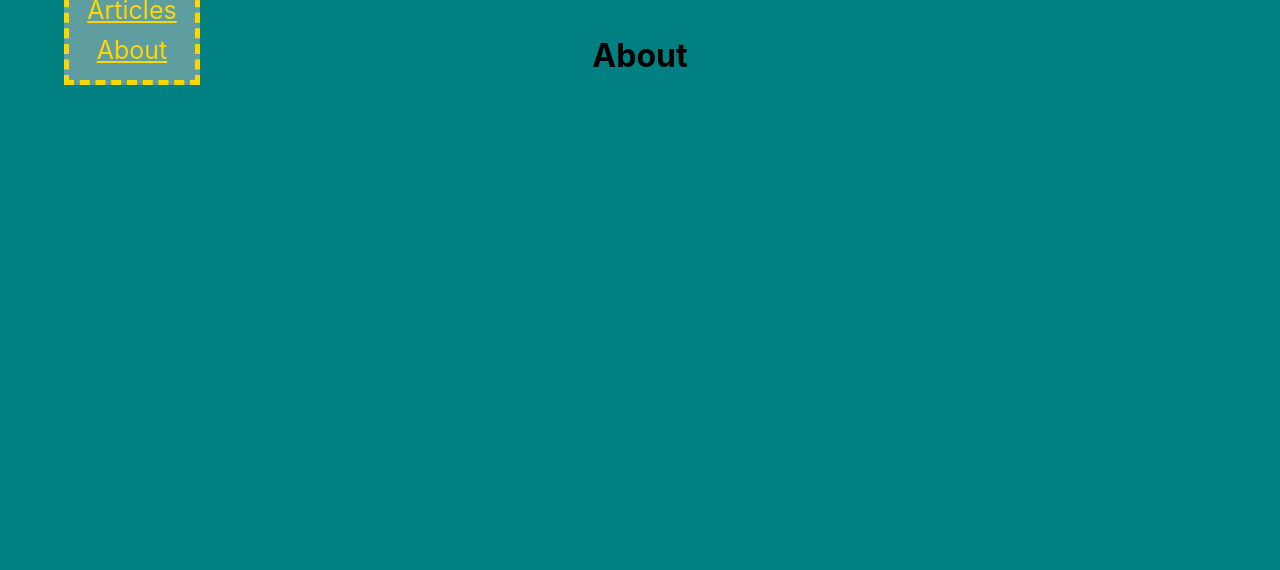
Repository: zeidalidiez/portfolioreact
Page: /About
The author's editor kept a copy of each file at every save. The page is drawn from the files as they stood at one save, then again after the next save.
The browser window is 1280 px wide. The pictures show the whole page.
The project was rebuilt for these pictures with package versions that can differ from the ones it lists, and the page was loaded fresh each time. Also part of the build but not shown: src/components/Thumbnail.js, src/components/Projects.js, src/components/Articles.js.

Above is the page before, as saved 2021-02-08 17:45:46.

After the next save:
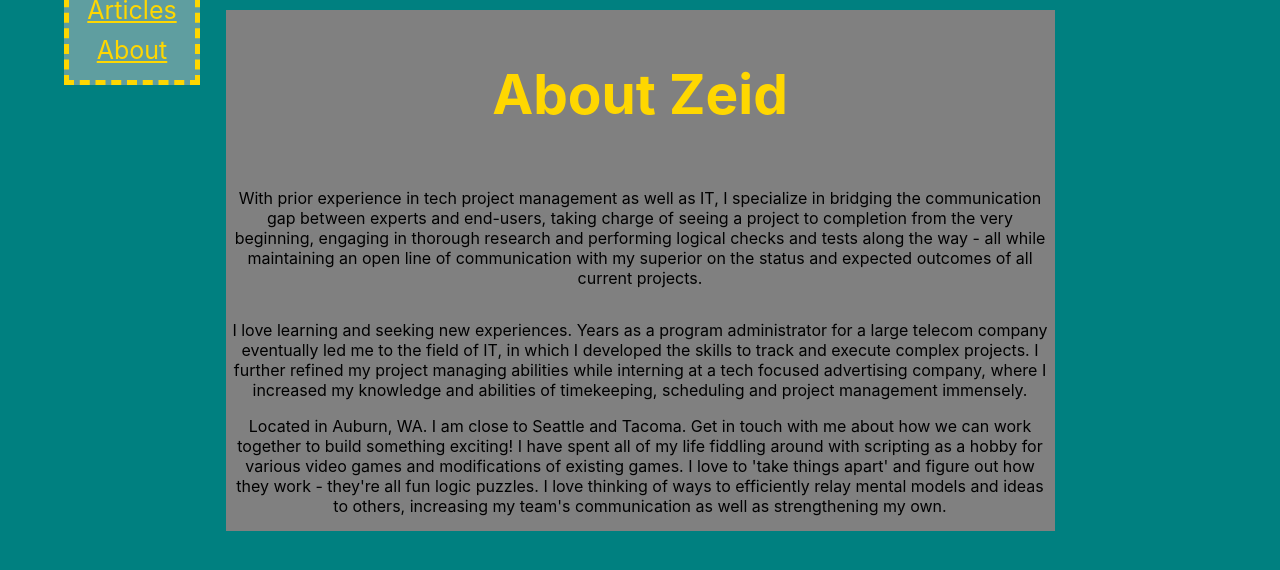
Saved 21 s later.
--- a/src/components/About.js
+++ b/src/components/About.js
@@ -2,8 +2,22 @@ import React from "react"
 
 function About(props) {
   return (
-    <div>
-      <h1>About</h1>
+    <div className="aboutDiv">
+      <h2>About Zeid</h2>
+
+      <p>With prior experience in tech project management as well as IT, I specialize in bridging the communication gap between experts and end-users, taking charge of seeing a project to completion from the very beginning, engaging in thorough research and performing logical checks and tests along the way - all while maintaining an open line of communication with my superior on the status and expected outcomes of all current projects. </p>
+
+      <p>I love learning and seeking new experiences. Years as a program administrator for a large telecom company eventually led me to the field of IT, in which I developed the skills to track and execute complex projects. I further refined my project managing abilities while interning at a tech focused advertising company, where I increased my knowledge and abilities of timekeeping, scheduling and project management immensely.</p>
+
+
+
+Located in Auburn, WA. I am close to Seattle and Tacoma. Get in touch with me about how we can work together to build something exciting!
+
+
+
+I have spent all of my life fiddling around with scripting as a hobby for various video games and modifications of existing games.
+
+I love to 'take things apart' and figure out how they work - they're all fun logic puzzles. I love thinking of ways to efficiently relay mental models and ideas to others, increasing my team's communication as well as strengthening my own.
     </div>
   )
 }
